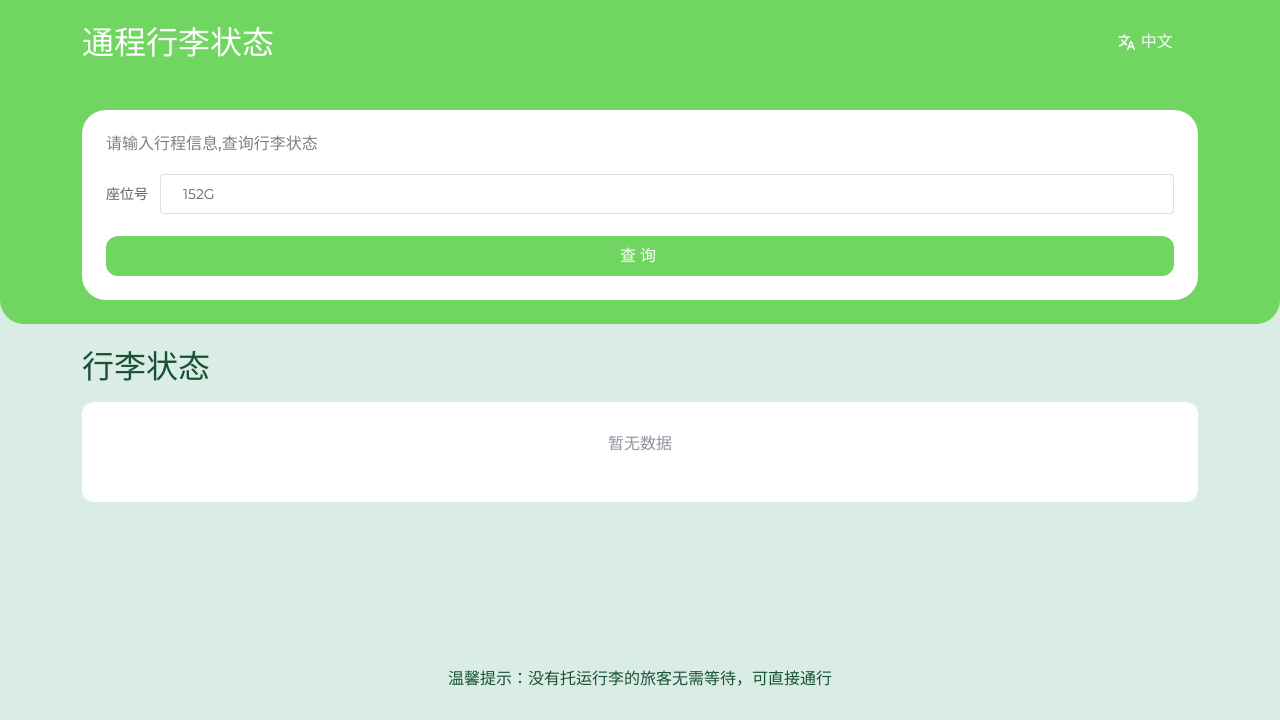
Repository: jhonMacTavish/through-baggage-web
Page: /
The author's editor kept a copy of each file at every save. The page is drawn from the files as they stood at one save, then again after the next save.
The browser window is 1280 px wide. The pictures show the whole page.
The project was rebuilt for these pictures with package versions that can differ from the ones it lists, and the page was loaded fresh each time. Also part of the build but not shown: vite.config.js, src/components/Main copy.vue, src/components/NavBar.vue, src/components/Scanner.vue. Imported but missing from the stored project, and not drawn on this page: src/assets/icons/GlobeIcon.vue, src/assets/icons/LogoIcon.vue, src/assets/icons/ProfileIcon.vue, src/assets/icons/QuestionIcon.vue.

Above is the page before, as saved 2025-02-24 16:38:14.

### index.html
<!--
 * @Author: error: error: git config user.name & please set dead value or install git && error: git config user.email & please set dead value or install git & please set dead value or install git
 * @Date: 2025-02-23 17:18:54
 * @LastEditors: error: error: git config user.name & please set dead value or install git && error: git config user.email & please set dead value or install git & please set dead value or install git
 * @LastEditTime: 2025-02-24 12:03:02
 * @FilePath: \through_baggage_webt:\Projects\VS Code\vue-bootstrap-master\index.html
 * @Description: 这是默认设置,请设置`customMade`, 打开koroFileHeader查看配置 进行设置: https://github.com/OBKoro1/koro1FileHeader/wiki/%E9%85%8D%E7%BD%AE
-->
<!doctype html>
<html lang="en">
  <head>
    <meta charset="UTF-8" />
    <link rel="icon" type="image/svg+xml" href="/vite.svg" />
    <meta name="viewport" content="width=device-width, initial-scale=1.0" />
    <title>through baggage web</title>
  </head>
  <body>
    <div id="app" style="min-width: 375px;"></div>
    <script type="module" src="/src/main.js"></script>
  </body>
</html>

### src/main.js
/*
 * @Author: error: error: git config user.name & please set dead value or install git && error: git config user.email & please set dead value or install git & please set dead value or install git
 * @Date: 2025-02-23 17:18:54
 * @LastEditors: error: error: git config user.name & please set dead value or install git && error: git config user.email & please set dead value or install git & please set dead value or install git
 * @LastEditTime: 2025-02-24 00:55:03
 * @FilePath: \through_baggage_webt:\Projects\VS Code\vue-bootstrap-master\src\main.js
 * @Description: 这是默认设置,请设置`customMade`, 打开koroFileHeader查看配置 进行设置: https://github.com/OBKoro1/koro1FileHeader/wiki/%E9%85%8D%E7%BD%AE
 */
import { createApp } from 'vue';
// import PrimeVue from 'primevue/config';
// import AnimateOnScroll from 'primevue/animateonscroll';

// Import all of Bootstrap's CSS
import "bootstrap/dist/css/bootstrap.css";
// import 'primevue/resources/themes/aura-light-green/theme.css'
import './style.css';
import App from './App.vue';
import i18n from './i18n';


const app = createApp(App);

app.use(i18n);
// app.use(PrimeVue);
// app.directive('animateonscroll', AnimateOnScroll);
app.mount('#app');

import 'bootstrap/dist/js/bootstrap';

### src/components/Main.vue
<!--
 * @Author: error: error: git config user.name & please set dead value or install git && error: git config user.email & please set dead value or install git & please set dead value or install git
 * @Date: 2025-02-23 20:06:20
 * @LastEditors: error: error: git config user.name & please set dead value or install git && error: git config user.email & please set dead value or install git & please set dead value or install git
 * @LastEditTime: 2025-02-24 16:35:35
 * @FilePath: \through_baggage_webt:\Projects\VS Code\vue-bootstrap-master\src\components\Main.vue
 * @Description: 这是默认设置,请设置`customMade`, 打开koroFileHeader查看配置 进行设置: https://github.com/OBKoro1/koro1FileHeader/wiki/%E9%85%8D%E7%BD%AE
-->
<template>
  <section class="p-4 pb-3 bg-green">
    <div class="container d-flex justify-content-between align-items-center">
      <!-- <h2 class="text-center text-white" :style="`font-size: ${locale == 'en'? '16px': ''}`" >{{$t('messages.prompText.pageTitle')}}</h2> -->
      <h2 v-if="locale == 'zh'" class="text-center text-white">
        {{ $t("messages.prompText.pageTitle") }}
      </h2>
      <h6 v-else class="text-center text-white">
        {{ $t("messages.prompText.pageTitle") }}
      </h6>
      <div class="select-group">
        <el-dropdown
          size="large"
          trigger="click"
          style="margin: 2px 0 0 4px; font-size: 16px"
        >
          <span class="el-dropdown-link text-light">
            <svg
              data-v-f414ea64=""
              viewBox="0 0 24 24"
              width="1.2em"
              height="1.2em"
            >
              <path
                fill="currentColor"
                d="m18.5 10l4.4 11h-2.155l-1.201-3h-4.09l-1.199 3h-2.154L16.5 10h2zM10 2v2h6v2h-1.968a18.222 18.222 0 0 1-3.62 6.301a14.864 14.864 0 0 0 2.336 1.707l-.751 1.878A17.015 17.015 0 0 1 9 13.725a16.676 16.676 0 0 1-6.201 3.548l-.536-1.929a14.7 14.7 0 0 0 5.327-3.042A18.078 18.078 0 0 1 4.767 8h2.24A16.032 16.032 0 0 0 9 10.877a16.165 16.165 0 0 0 2.91-4.876L2 6V4h6V2h2zm7.5 10.885L16.253 16h2.492L17.5 12.885z"
              ></path>
            </svg>
            {{ $t(`messages.langs.${locale}`) }}
            <el-icon class="el-icon--right">
              <i-ep-Arrow-down />
            </el-icon>
          </span>
          <template #dropdown>
            <el-dropdown-menu>
              <el-dropdown-item @click="changeLang('zh')"
                >中文</el-dropdown-item
              >
              <el-dropdown-item @click="changeLang('en')"
                >English</el-dropdown-item
              >
            </el-dropdown-menu>
          </template>
        </el-dropdown>
      </div>
    </div>
  </section>

  <section class="p-4 bg-green rd-form">
    <div class="container">
      <div class="p-4 form-bg">
        <h6 class="form-title">{{ $t("messages.userText.formTitle") }}</h6>
        <el-form
          ref="ruleFormRef"
          :model="ruleForm"
          status-icon
          :rules="rules"
          label-width="auto"
        >
          <!-- <el-form-item
            class="item-marginBt"
            size="large"
            :label="$t('messages.userText.formInfo.passportNo')"
            prop="pptNo"
          >
            <el-input
              v-model="ruleForm.pptNo"
              maxlength="9"
              :formatter="(value) => value.toUpperCase()"
            >
              <template #prefix>
                <i-ep-Postcard />
              </template>
            </el-input>
          </el-form-item>
          <el-form-item
            class="item-marginBt"
            size="large"
            :label="$t('messages.userText.formInfo.flightNo')"
            prop="fltNo"
          >
            <el-input
              v-model="ruleForm.fltNo"
              maxlength="6"
              :formatter="(value) => value.toUpperCase()"
            >
              <template #prefix>
                <i-ep-Calendar />
              </template>
            </el-input>
          </el-form-item>
          <el-form-item
            class="item-marginBt"
            size="large"
            :label="$t('messages.userText.formInfo.seatNo')"
            prop="setNo"
          >
            <el-input
              v-model="ruleForm.setNo"
              maxlength="4"
              :formatter="(value) => value.toUpperCase()"
            >
              <template #prefix>
                <i-ep-PriceTag />
              </template>
            </el-input>
          </el-form-item> -->
          <el-form-item
            class="item-marginBt"
            size="large"
            :label="$t('messages.userText.formInfo.seatNo')"
            prop="setNo"
          >
            <el-input
              v-model="ruleForm.setNo"
              maxlength="4"
              :formatter="(value) => value.toUpperCase()"
            >
              <template #prefix>
                <i-ep-PriceTag />
              </template>
            </el-input>
          </el-form-item>
          <el-form-item size="large">
            <el-button
              class="w-100 submitBtn"
              type="primary"
              @click="submitForm(ruleFormRef)"
            >
              <text
                :style="`
    letter-spacing: ${locale == 'zh' ? '4px' : ''};`"
                >{{ $t("messages.userText.formButton") }}</text
              >
            </el-button>
          </el-form-item>
        </el-form>
      </div>
    </div>
  </section>

  <section class="p-4 flex1">
    <div class="container">
      <h2 v-if="locale == 'zh'" class="info-title mb-3">
        {{ $t("messages.baggageText.stateTitle") }}
      </h2>
      <h6 v-else class="info-title mb-3">
        {{ $t("messages.baggageText.stateTitle") }}
      </h6>
      <div
        class="info-content p-4 d-flex justify-content-center align-items-center"
      >
        <p class="text-center">
          {{ $t('messages.baggageText.stateInfo.state0.str1') }}<br /><span
            class="attention"
            >{{ $t('messages.baggageText.stateInfo.state0.str2') }}</span
          >
        </p>
      </div>
    </div>
  </section>

  <footer class="p-4 text-center w-100">
    <div class="container">
      <h6>{{ $t('messages.prompText.pageFooter') }}</h6>
    </div>
  </footer>
</template>

<script lang="ts" setup>
import { onBeforeMount, onMounted, reactive, ref } from "vue";
import type { FormInstance, FormRules } from "element-plus";
import axios from "axios";
import { useI18n } from "vue-i18n";

const { locale, t } = useI18n();
const ruleFormRef = ref<FormInstance>();
const prompts = {
  res1: { str1: "您的行李已确认安全", str2: "请通行" },
  res2: { str1: "您没有托运行李", str2: "请通行" },
  res3: { str1: "您的行李尚未完全通过检查", str2: "请耐心等待" },
  res4: { str1: "很抱歉，未能查询到您的", str2: "行程及行李信息" },
};
let prompt = reactive({ str1: "暂无数据", str2: "" });

const changeLang = (type: string) => {
  console.log(type);
  locale.value = type;
  localStorage.setItem("lang", type);

  rules.pptNo[0].validator = createValidator(/^[G|E|P|S|D|C]\d{8}$/, t('messages.userText.validateText.passportNo'));
  rules.fltNo[0].validator = createValidator(/^[G|E|P|S|D|C]\d{8}$/, t('messages.userText.validateText.flightNo'));
  rules.setNo[0].validator = createValidator(/^[G|E|P|S|D|C]\d{8}$/, t('messages.userText.validateText.seatNo'));
};

// 表单验证规则
const createValidator = (pattern: RegExp, errorMsg: string) => {
  return (_rule: any, value: string, callback: any) => {
    console.log(value);
    console.log(pattern.test(value));
    if (!pattern.test(value)) {
      callback(new Error(errorMsg));
    } else {
      callback();
    }
  };
};

const ruleForm = reactive({
  pptNo: "E98549873",
  fltNo: "CA6754",
  setNo: "152G",
});

const rules: FormRules<typeof ruleForm> = {
  pptNo: [
    {
      validator: createValidator(/^[G|E|P|S|D|C]\d{8}$/, t('messages.userText.validateText.passportNo')),
      trigger: "blur",
    },
  ],
  fltNo: [
    {
      validator: createValidator(/^[A-Z]{2}\d{3,4}$/, t('messages.userText.validateText.flightNo')),
      trigger: "blur",
    },
  ],
  setNo: [
    {
      validator: createValidator(/^\d{1,3}[A-Z]$/, t('messages.userText.validateText.seatNo')),
      trigger: "blur",
    },
  ],
};

const submitForm = async (formEl: FormInstance | undefined) => {
  if (!formEl) return;
  try {
    const valid = await formEl.validate();
    if (valid) {
      const params = ruleForm;

      prompt.str1 = prompts.res3.str1;
      prompt.str2 = prompts.res3.str2;

      console.log(prompt);
      await axios.get("/api/baggages/status", { params }).then((res) => {
        console.log(res);
      });
    }
  } catch (error) {
    console.log(error);
  }
};

const resize = () => {};

onBeforeMount(() => {});

onMounted(() => {});
</script>

<style lang="less" scoped>
.bg-green {
  background-color: #71d561;
}

.rd-form {
  border-bottom-left-radius: 24px;
  border-bottom-right-radius: 24px;
}

.item-marginBt {
  // margin-bottom: 20px;
}

.el-form-item:last-child {
  margin: 0;
}

.form-bg {
  background-color: white;
  border-radius: 24px;

  .form-title {
    color: gray;
    margin-bottom: 20px;
  }
}

.submitBtn {
  border-radius: 12px;
  background-color: #71d561;
  border: none;

  text {
    font-size: 16px;
  }
}

.info-title {
  color: #195135;
  // font-size: 24px;
}

.info-content {
  width: 100%;
  height: 100px;
  border-radius: 12px;
  font-size: 16px;
  color: #9095a0;
  background-color: white;

  .attention {
    font-size: 24px;
    font-weight: bold;
  }
}

.select-group {
  position: relative;
  top: -4px;
  color: white;
  // font-weight: bold;
  // top: 20px;
  // right: 0;
}

.flex1 {
  flex: 1;
}

footer {
  position: absolute;
  bottom: 0;
  color: #195135;
}
</style>

### src/style.css
@import url('https://fonts.googleapis.com/css2?family=Montserrat:ital,wght@0,100..900;1,100..900&display=swap');

* {
  margin: 0;
  padding: 0;
  box-sizing: border-box;
}

body {
    font-family: "Montserrat", sans-serif;
    background-color: #D9EDE6;
}

#app{
  position: relative;
  height: 100vh;
}

### src/App.vue
<!--
 * @Author: error: error: git config user.name & please set dead value or install git && error: git config user.email & please set dead value or install git & please set dead value or install git
 * @Date: 2025-02-23 17:18:54
 * @LastEditors: error: error: git config user.name & please set dead value or install git && error: git config user.email & please set dead value or install git & please set dead value or install git
 * @LastEditTime: 2025-02-24 11:56:03
 * @FilePath: \through_baggage_webt:\Projects\VS Code\vue-bootstrap-master\src\App.vue
 * @Description: 这是默认设置,请设置`customMade`, 打开koroFileHeader查看配置 进行设置: https://github.com/OBKoro1/koro1FileHeader/wiki/%E9%85%8D%E7%BD%AE
-->
<script setup>
import Main from './components/Main.vue';

</script>

<template>
    <Main />
</template>

<style scoped></style>

### src/i18n/index.js
/*
 * @Author: error: error: git config user.name & please set dead value or install git && error: git config user.email & please set dead value or install git & please set dead value or install git
 * @Date: 2025-02-24 00:19:55
 * @LastEditors: error: error: git config user.name & please set dead value or install git && error: git config user.email & please set dead value or install git & please set dead value or install git
 * @LastEditTime: 2025-02-24 00:49:13
 * @FilePath: \through_baggage_webt:\Projects\VS Code\vue-bootstrap-master\src\i18n\index.js
 * @Description: 这是默认设置,请设置`customMade`, 打开koroFileHeader查看配置 进行设置: https://github.com/OBKoro1/koro1FileHeader/wiki/%E9%85%8D%E7%BD%AE
 */
import { createI18n } from 'vue-i18n';
import messages from './messages';

const i18n = createI18n({
    legacy: false,
    locale: localStorage.getItem('lang') || 'zh',
    messages,
});

export default i18n;

### src/i18n/messages.js
/*
 * @Author: error: error: git config user.name & please set dead value or install git && error: git config user.email & please set dead value or install git & please set dead value or install git
 * @Date: 2025-02-24 00:48:16
 * @LastEditors: error: error: git config user.name & please set dead value or install git && error: git config user.email & please set dead value or install git & please set dead value or install git
 * @LastEditTime: 2025-02-24 01:03:11
 * @FilePath: \through_baggage_webt:\Projects\VS Code\vue-bootstrap-master\src\i18n\messages.js
 * @Description: 这是默认设置,请设置`customMade`, 打开koroFileHeader查看配置 进行设置: https://github.com/OBKoro1/koro1FileHeader/wiki/%E9%85%8D%E7%BD%AE
 */
import zh from './langs/zh';
import en from './langs/en';

export default {
    zh,
    en,
};

### src/i18n/langs/zh.js
/*
 * @Author: error: error: git config user.name & please set dead value or install git && error: git config user.email & please set dead value or install git & please set dead value or install git
 * @Date: 2025-02-24 00:23:07
 * @LastEditors: error: error: git config user.name & please set dead value or install git && error: git config user.email & please set dead value or install git & please set dead value or install git
 * @LastEditTime: 2025-02-24 09:06:16
 * @FilePath: \through_baggage_webt:\Projects\VS Code\vue-bootstrap-master\src\i18n\langs\zh.js
 * @Description: 这是默认设置,请设置`customMade`, 打开koroFileHeader查看配置 进行设置: https://github.com/OBKoro1/koro1FileHeader/wiki/%E9%85%8D%E7%BD%AE
 */
export default {
  messages: {
    langs: {
      en: "English",
      zh: "中文",
    },

    prompText: {
      switchLang: "切换语言",
      pageTitle: "通程行李状态",
      pageFooter: "温馨提示：没有托运行李的旅客无需等待，可直接通行",
    },

    baggageText: {
      stateTitle: "行李状态",
      stateInfo: {
        state0: { str1: "暂无数据", str2: "" },
        state1: { str1: "您的行李已确认安全", str2: "请通行" },
        state2: { str1: "您没有托运行李", str2: "请通行" },
        state3: { str1: "您的行李尚未完全通过检查", str2: "请耐心等待" },
        state4: { str1: "很抱歉，未能查询到您的", str2: "行程及行李信息" },
      },
    },

    userText: {
      formTitle: "请输入行程信息,查询行李状态",
      formInfo: {
        passportNo: "护照号",
        flightNo: "航班号",
        seatNo: "座位号",
      },
      validateText: {
        passportNo: "请输入正确的护照号",
        flightNo: "请输入正确的航班号",
        seatNo: "请输入正确的座位号",
      },
      formButton: "查询",
    },
  },
};

### src/i18n/langs/en.js
/*
 * @Author: error: error: git config user.name & please set dead value or install git && error: git config user.email & please set dead value or install git & please set dead value or install git
 * @Date: 2025-02-24 00:23:07
 * @LastEditors: error: error: git config user.name & please set dead value or install git && error: git config user.email & please set dead value or install git & please set dead value or install git
 * @LastEditTime: 2025-02-24 16:37:19
 * @FilePath: \through_baggage_webt:\Projects\VS Code\vue-bootstrap-master\src\i18n\langs\zh.js
 * @Description: 这是默认设置,请设置`customMade`, 打开koroFileHeader查看配置 进行设置: https://github.com/OBKoro1/koro1FileHeader/wiki/%E9%85%8D%E7%BD%AE
 */
export default {
  messages: {
    langs: {
      en: "English",
      zh: "中文",
    },

    prompText: {
      switchLang: "Switch language",
      pageTitle: "Through baggage status",
      pageFooter: "Tips: Passengers without checked baggage can pass directly without waiting",
    },

    baggageText: {
      stateTitle: "Baggage status",
      stateInfo: {
        state0: { str1: "No data", str2: "" },
        state1: { str1: "Your luggage has been confirmed safe", str2: "Please pass" },
        state2: { str1: "You have no checked baggage", str2: "Please pass" },
        state3: { str1: "Your baggage has not yet been fully screened", str2: "Please wait" },
        state4: { str1: "Sorry, we could not find your", str2: "Itinerary and baggage information" },
      },
    },

    userText: {
      formTitle: "Please enter your itinerary information to check your luggage status",
      formInfo: {
        passportNo: "Passport No.",
        flightNo: "Flight No.",
        seatNo: "Seat No.",
        baggageNo: "Baggage No."
      },
      validateText: {
        passportNo: "Enter your passport No.",
        flightNo: "Enter your flight No.",
        seatNo: "Enter your seat No.",
      },
      formButton: "Submit",
    },
  },
};

After the next save:
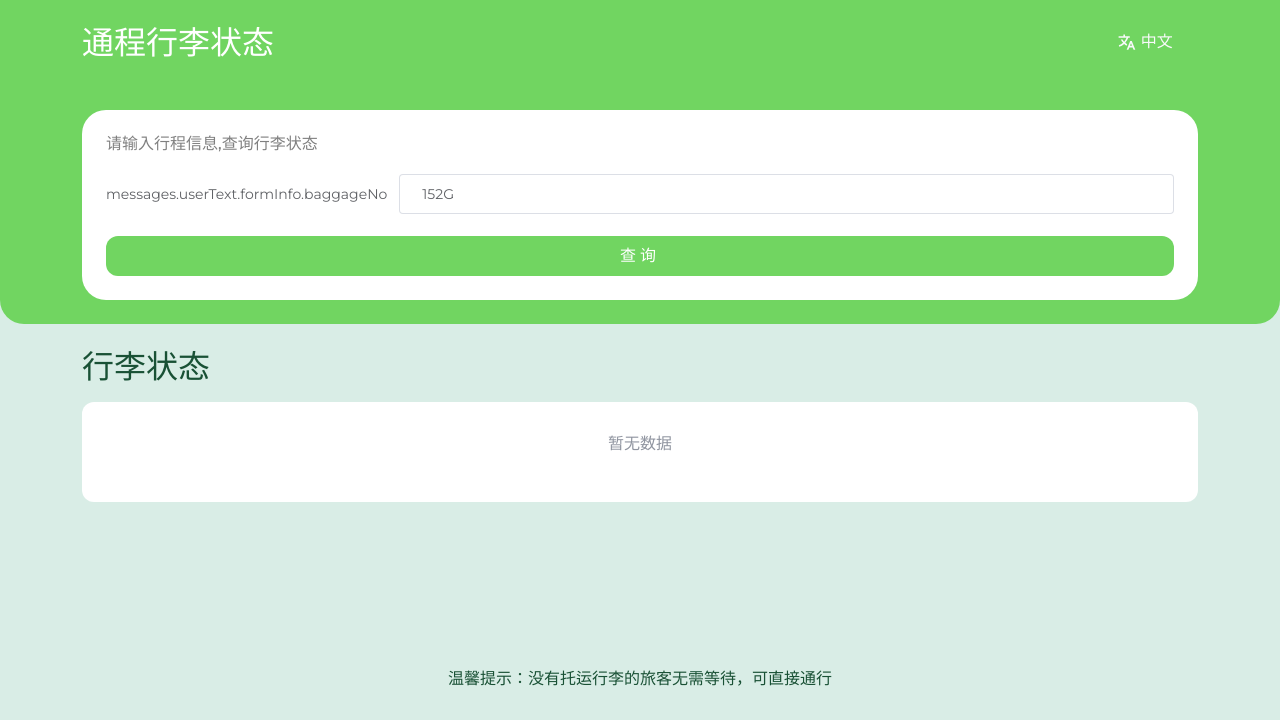
Saved 18 s later.
--- a/src/components/Main.vue
+++ b/src/components/Main.vue
@@ -116,7 +116,7 @@
           <el-form-item
             class="item-marginBt"
             size="large"
-            :label="$t('messages.userText.formInfo.seatNo')"
+            :label="$t('messages.userText.formInfo.baggageNo')"
             prop="setNo"
           >
             <el-input
